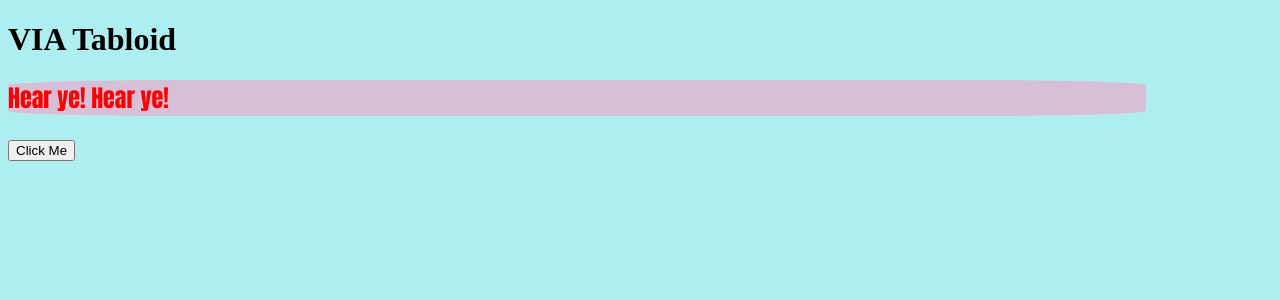
Repository: pimbp/doc_assign
Page: Frontend/index.html
The author's editor kept a copy of each file at every save. The page is drawn from the files as they stood at one save, then again after the next save.
The browser window is 1280 px wide. The pictures show the whole page.

Above is the page before, as saved 2026-02-25 16:37:44.

### Frontend/index.html
<!DOCTYPE html>
<html>
<head>
    <link rel="stylesheet" href="style/fancy.css">
</head>
<body>
    <h1>VIA Tabloid</h1>
    <div id="sensational">

        Hear ye! Hear ye!
        <p>

        </p>

    </div>
    <button onclick="myFunction()">Click Me</button>
    <script src="functions/funct.js"></script>
</body>
</html>

### Frontend/style/fancy.css
body { background-color: paleturquoise; }

#sensational {
    font-family: Impact, Haettenschweiler, 'Arial Narrow Bold', sans-serif;
    font-size: 24px;
    color: red;
    font-weight: bold;

    max-width: 90%;
    background-color: thistle;
    border-radius: 15%;
}
#sensational.p {
    font-family: 'Courier New', Courier, monospace;
    font-size: 18px;
    color: purple;
}

### Frontend/functions/funct.js
function myFunction() { alert('Connected!'); }

After the next save:
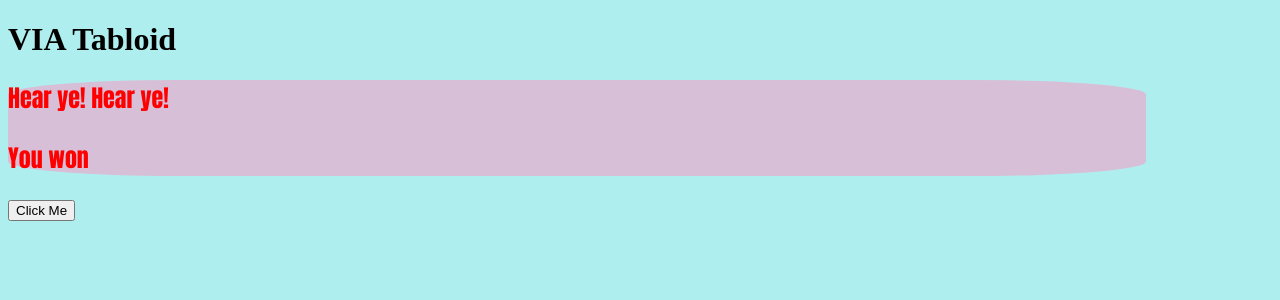
Saved 7 s later.
--- a/Frontend/index.html
+++ b/Frontend/index.html
@@ -9,7 +9,7 @@
 
         Hear ye! Hear ye!
         <p>
-
+            You won
         </p>
 
     </div>
